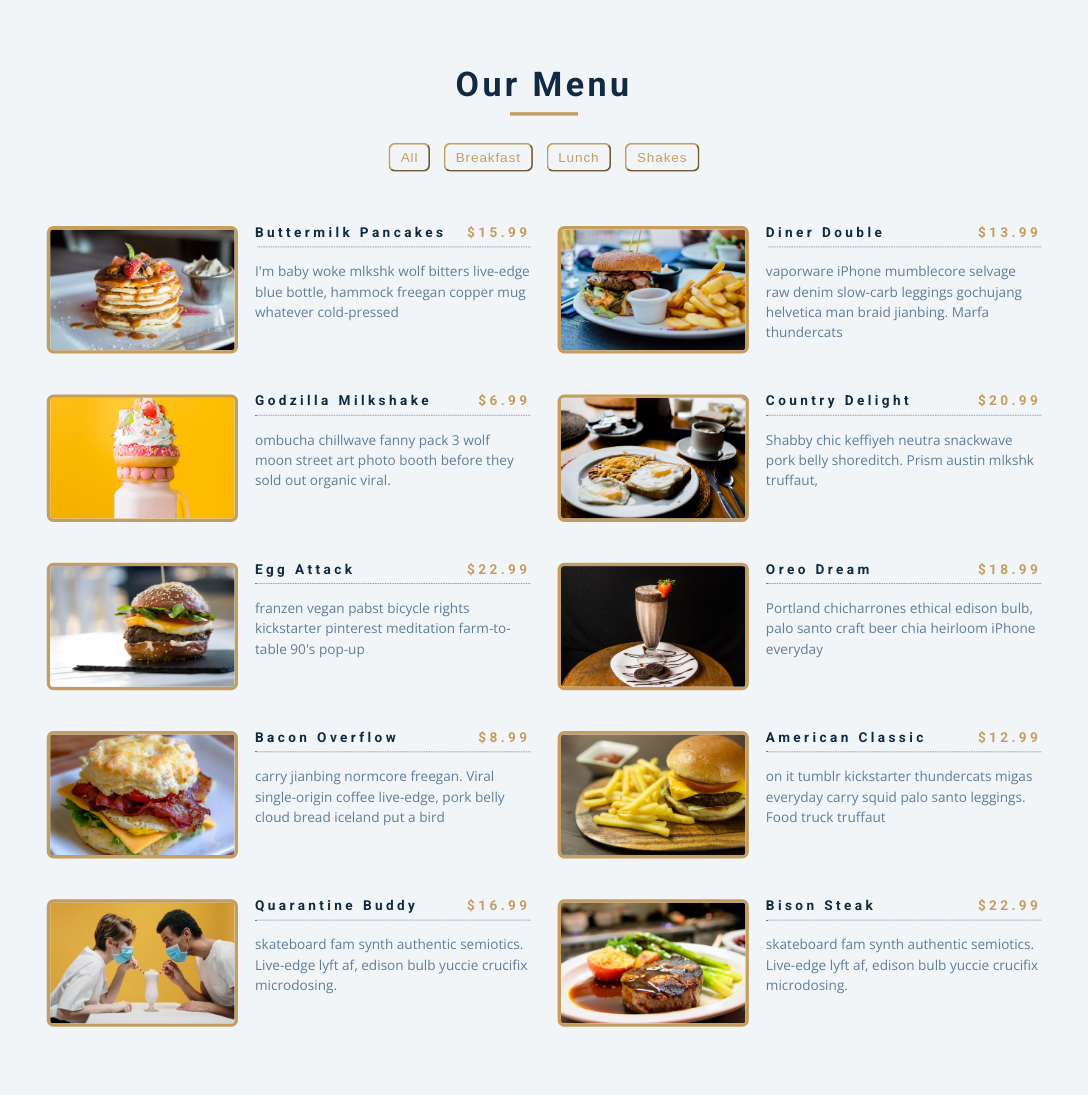
Repository: AnahitKhechumyan/MENUFILTER
Page: index.html
These files come from the project's save history. The page is drawn as it stood at one moment and after the next save; the edit follows.
The browser window is 1280 px wide. The pictures show the whole page, at 85% of full size.
After loading, the first visible `button.filter-btn` was clicked once.
Some web libraries are served in a nearby version.

Above is the page before, as saved 2022-02-17 17:25:42.
Console error: ReferenceError: diplayMenuItems is not defined

### index.html
<!DOCTYPE html>
<html lang="en">
  <head>
    <meta charset="UTF-8" />
    <meta name="viewport" content="width=device-width, initial-scale=1.0" />
    <title>Starter</title>
    <!-- font-awesome -->
    <link
      rel="stylesheet"
      href="https://cdnjs.cloudflare.com/ajax/libs/font-awesome/5.14.0/css/all.min.css"
    />
    <!-- styles -->
    <link rel="stylesheet" href="styles.css" />
  </head>
  <body>
    <section class="menu">
      <!-- title -->
      <div class="title">
        <h2>our menu</h2>
        <div class="underline"></div>
      </div>
      <!-- filter buttons -->
      <div class="btn-container">
         <button type="button" class="filter-btn" data-id="all">all</button>
          <button type="button" class="filter-btn" data-id="breakfast">
            breakfast
          </button>
          <button type="button" class="filter-btn" data-id="lunch">lunch</button>
          <button type="button" class="filter-btn" data-id="shakes">
            shakes
          </button>
      </div>
      <!-- menu items -->
      <div class="section-center">
        <!-- single item -->
        <!--<article class="menu-item">
          <img src="./menu-item.jpeg" alt="menu item" class="photo" />
          <div class="item-info">
            <header>
              <h4>buttermilk pancakes</h4>
              <h4 class="price">$15</h4>
            </header>
            <p class="item-text">
              Lorem ipsum dolor sit amet consectetur adipisicing elit.
              Repudiandae, sint quam. Et reprehenderit fugiat nesciunt inventore
              laboriosam excepturi! Quo, officia.
            </p>
          </div>
        </article>-->
        <!-- end of single item -->
        <!-- single item -->
        <!--<article class="menu-item">
          <img src="./menu-item.jpeg" alt="menu item" class="photo" />
          <div class="item-info">
            <header>
              <h4>buttermilk pancakes</h4>
              <h4 class="price">$15</h4>
            </header>
            <p class="item-text">
              Lorem ipsum dolor sit amet consectetur adipisicing elit.
              Repudiandae, sint quam. Et reprehenderit fugiat nesciunt inventore
              laboriosam excepturi! Quo, officia.
            </p>
          </div>
        </article>-->
        <!-- end of single item -->
        <!-- single item -->
        <!--<article class="menu-item">
          <img src="./menu-item.jpeg" alt="menu item" class="photo" />
          <div class="item-info">
            <header>
              <h4>buttermilk pancakes</h4>
              <h4 class="price">$15</h4>
            </header>
            <p class="item-text">
              Lorem ipsum dolor sit amet consectetur adipisicing elit.
              Repudiandae, sint quam. Et reprehenderit fugiat nesciunt inventore
              laboriosam excepturi! Quo, officia.
            </p>
          </div>
        </article>-->
        <!-- end of single item -->
      </div>
    </section>
    <!-- javascript -->
    <script type="module" src="./app.js"></script>
  </body>
</html>

### styles.css
/*
===============
Fonts
===============
*/
@import url("https://fonts.googleapis.com/css?family=Open+Sans|Roboto:400,700&display=swap");

/*
===============
Variables
===============
*/

:root {
  /* dark shades of primary color*/
  --clr-primary-1: hsl(205, 86%, 17%);
  --clr-primary-2: hsl(205, 77%, 27%);
  --clr-primary-3: hsl(205, 72%, 37%);
  --clr-primary-4: hsl(205, 63%, 48%);
  /* primary/main color */
  --clr-primary-5: #49a6e9;
  /* lighter shades of primary color */
  --clr-primary-6: hsl(205, 89%, 70%);
  --clr-primary-7: hsl(205, 90%, 76%);
  --clr-primary-8: hsl(205, 86%, 81%);
  --clr-primary-9: hsl(205, 90%, 88%);
  --clr-primary-10: hsl(205, 100%, 96%);
  /* darkest grey - used for headings */
  --clr-grey-1: hsl(209, 61%, 16%);
  --clr-grey-2: hsl(211, 39%, 23%);
  --clr-grey-3: hsl(209, 34%, 30%);
  --clr-grey-4: hsl(209, 28%, 39%);
  /* grey used for paragraphs */
  --clr-grey-5: hsl(210, 22%, 49%);
  --clr-grey-6: hsl(209, 23%, 60%);
  --clr-grey-7: hsl(211, 27%, 70%);
  --clr-grey-8: hsl(210, 31%, 80%);
  --clr-grey-9: hsl(212, 33%, 89%);
  --clr-grey-10: hsl(210, 36%, 96%);
  --clr-white: #fff;
  --clr-red-dark: hsl(360, 67%, 44%);
  --clr-red-light: hsl(360, 71%, 66%);
  --clr-green-dark: hsl(125, 67%, 44%);
  --clr-green-light: hsl(125, 71%, 66%);
  --clr-gold: #c59d5f;
  --clr-black: #222;
  --ff-primary: "Roboto", sans-serif;
  --ff-secondary: "Open Sans", sans-serif;
  --transition: all 0.3s linear;
  --spacing: 0.25rem;
  --radius: 0.5rem;
  --light-shadow: 0 5px 15px rgba(0, 0, 0, 0.1);
  --dark-shadow: 0 5px 15px rgba(0, 0, 0, 0.2);
  --max-width: 1170px;
  --fixed-width: 620px;
}
/*
===============
Global Styles
===============
*/

*,
::after,
::before {
  margin: 0;
  padding: 0;
  box-sizing: border-box;
}
body {
  font-family: var(--ff-secondary);
  background: var(--clr-grey-10);
  color: var(--clr-grey-1);
  line-height: 1.5;
  font-size: 0.875rem;
}
ul {
  list-style-type: none;
}
a {
  text-decoration: none;
}
img:not(.logo) {
  width: 100%;
}
img {
  display: block;
}

h1,
h2,
h3,
h4 {
  letter-spacing: var(--spacing);
  text-transform: capitalize;
  line-height: 1.25;
  margin-bottom: 0.75rem;
  font-family: var(--ff-primary);
}
h1 {
  font-size: 3rem;
}
h2 {
  font-size: 2rem;
}
h3 {
  font-size: 1.25rem;
}
h4 {
  font-size: 0.875rem;
}
p {
  margin-bottom: 1.25rem;
  color: var(--clr-grey-5);
}
@media screen and (min-width: 800px) {
  h1 {
    font-size: 4rem;
  }
  h2 {
    font-size: 2.5rem;
  }
  h3 {
    font-size: 1.75rem;
  }
  h4 {
    font-size: 1rem;
  }
  body {
    font-size: 1rem;
  }
  h1,
  h2,
  h3,
  h4 {
    line-height: 1;
  }
}
/*  global classes */

.btn {
  text-transform: uppercase;
  background: transparent;
  color: var(--clr-black);
  padding: 0.375rem 0.75rem;
  letter-spacing: var(--spacing);
  display: inline-block;
  transition: var(--transition);
  font-size: 0.875rem;
  border: 2px solid var(--clr-black);
  cursor: pointer;
  box-shadow: 0 1px 3px rgba(0, 0, 0, 0.2);
  border-radius: var(--radius);
}
.btn:hover {
  color: var(--clr-white);
  background: var(--clr-black);
}
/* section */
.section {
  padding: 5rem 0;
}

main {
  min-height: 100vh;
  display: grid;
  place-items: center;
}
/*
===============
Menu
===============
*/

.menu {
  padding: 5rem 0;
}
.title {
  text-align: center;
  margin-bottom: 2rem;
}
.underline {
  width: 5rem;
  height: 0.25rem;
  background: var(--clr-gold);
  margin-left: auto;
  margin-right: auto;
}
.btn-container {
  margin-bottom: 4rem;
  display: flex;
  justify-content: center;
}
.filter-btn {
  background: transparent;
  border-color: var(--clr-gold);
  font-size: 1rem;
  text-transform: capitalize;
  margin: 0 0.5rem;
  letter-spacing: 1px;
  border-radius: var(--radius);
  padding: 0.375rem 0.75rem;
  color: var(--clr-gold);
  cursor: pointer;
  transition: var(--transition);
}
.filter-btn:hover {
  background: var(--clr-gold);
  color: var(--clr-white);
}
.section-center {
  width: 90vw;
  margin: 0 auto;
  max-width: 1170px;
  display: grid;
  gap: 3rem 2rem;
  justify-items: center;
}
.menu-item {
  display: grid;
  gap: 1rem 2rem;
  max-width: 25rem;
}
.photo {
  object-fit: cover;
  height: 200px;
  border: 0.25rem solid var(--clr-gold);
  border-radius: var(--radius);
}
.item-info header {
  display: flex;
  justify-content: space-between;
  border-bottom: 0.5px dotted var(--clr-grey-5);
}
.item-info h4 {
  margin-bottom: 0.5rem;
}
.price {
  color: var(--clr-gold);
}
.item-text {
  margin-bottom: 0;
  padding-top: 1rem;
}

@media screen and (min-width: 768px) {
  .menu-item {
    grid-template-columns: 225px 1fr;
    gap: 0 1.25rem;
    max-width: 40rem;
  }
  .photo {
    height: 175px;
  }
}
@media screen and (min-width: 1200px) {
  .section-center {
    width: 95vw;
    grid-template-columns: 1fr 1fr;
  }
  .photo {
    height: 150px;
  }
}

### app.js
import { menu } from "./data.js";

// get parent element
const sectionCenter = document.querySelector(".section-center");
const btnContainer = document.querySelector(".btn-container");

// display all items when page loads
window.addEventListener("DOMContentLoaded", function () {
  diplayMenuItems(menu);
  displayMenuButtons();
});
function displayMenuItems(menuItems) {
  let displayMenu = menuItems.map(function (item) {
    // console.log(item);

    return `<article class="menu-item">
            <img src=${item.img} alt=${item.title} class="photo" />
            <div class="item-info">
              <header>
                <h4>${item.title}</h4>
                <h4 class="price">$${item.price}</h4>
              </header>
              <p class="item-text">
                ${item.desc}
              </p>
            </div>
          </article>`;
  });
  displayMenu = displayMenu.join("");
  // console.log(displayMenu);

  sectionCenter.innerHTML = displayMenu;
}

function displayMenuButtons() {
  //add display buttons here
}

const buttons = document.querySelectorAll(".filter-btn");

buttons.forEach(filterBtn => {
   filterBtn.addEventListener("click", () =>{
     const value = filterBtn.getAttribute("data-id");
     if(value === "all"){
       return displayMenuItems(menu);
     }
     const filterArr = menu.filter(item => item.category ===value);

     let card = filterArr.map(function(item){
       return  `<article class="menu-item">
       <img src=${item.img} alt=${item.title} class="photo" />
       <div class="item-info">
         <header>
           <h4>${item.title}</h4>
           <h4 class="price">$${item.price}</h4>
         </header>
         <p class="item-text">
           ${item.desc}
         </p>
       </div>
     </article>`
    }).join("");

     sectionCenter.innerHTML = card;
   })
});

### data.js
export const menu = [
  {
    id: 1,
    title: "buttermilk pancakes",
    category: "breakfast",
    price: 15.99,
    img: "./images/item-1.jpeg",
    desc: `I'm baby woke mlkshk wolf bitters live-edge blue bottle, hammock freegan copper mug whatever cold-pressed `,
  },
  {
    id: 2,
    title: "diner double",
    category: "lunch",
    price: 13.99,
    img: "./images/item-2.jpeg",
    desc: `vaporware iPhone mumblecore selvage raw denim slow-carb leggings gochujang helvetica man braid jianbing. Marfa thundercats `,
  },
  {
    id: 3,
    title: "godzilla milkshake",
    category: "shakes",
    price: 6.99,
    img: "./images/item-3.jpeg",
    desc: `ombucha chillwave fanny pack 3 wolf moon street art photo booth before they sold out organic viral.`,
  },
  {
    id: 4,
    title: "country delight",
    category: "breakfast",
    price: 20.99,
    img: "./images/item-4.jpeg",
    desc: `Shabby chic keffiyeh neutra snackwave pork belly shoreditch. Prism austin mlkshk truffaut, `,
  },
  {
    id: 5,
    title: "egg attack",
    category: "lunch",
    price: 22.99,
    img: "./images/item-5.jpeg",
    desc: `franzen vegan pabst bicycle rights kickstarter pinterest meditation farm-to-table 90's pop-up `,
  },
  {
    id: 6,
    title: "oreo dream",
    category: "shakes",
    price: 18.99,
    img: "./images/item-6.jpeg",
    desc: `Portland chicharrones ethical edison bulb, palo santo craft beer chia heirloom iPhone everyday`,
  },
  {
    id: 7,
    title: "bacon overflow",
    category: "breakfast",
    price: 8.99,
    img: "./images/item-7.jpeg",
    desc: `carry jianbing normcore freegan. Viral single-origin coffee live-edge, pork belly cloud bread iceland put a bird `,
  },
  {
    id: 8,
    title: "american classic",
    category: "lunch",
    price: 12.99,
    img: "./images/item-8.jpeg",
    desc: `on it tumblr kickstarter thundercats migas everyday carry squid palo santo leggings. Food truck truffaut  `,
  },
  {
    id: 9,
    title: "quarantine buddy",
    category: "shakes",
    price: 16.99,
    img: "./images/item-9.jpeg",
    desc: `skateboard fam synth authentic semiotics. Live-edge lyft af, edison bulb yuccie crucifix microdosing.`,
  },
  {
    id: 10,
    title: "bison steak",
    category: "dinner",
    price: 22.99,
    img: "./images/item-10.jpeg",
    desc: `skateboard fam synth authentic semiotics. Live-edge lyft af, edison bulb yuccie crucifix microdosing.`,
  },
];

After the next save:
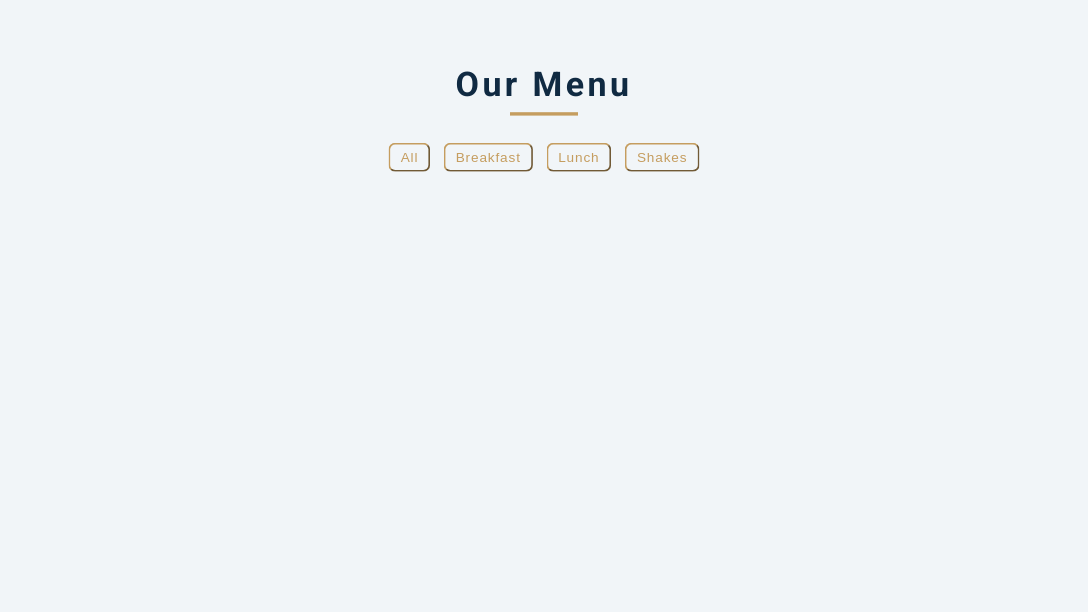
Saved 2 min 36 s later.
--- a/app.js
+++ b/app.js
@@ -42,7 +42,7 @@
    filterBtn.addEventListener("click", () =>{
      const value = filterBtn.getAttribute("data-id");
      if(value === "all"){
-       return displayMenuItems(menu);
+        displayMenuItems(menu);
      }
      const filterArr = menu.filter(item => item.category ===value);
 

After the save that followed:
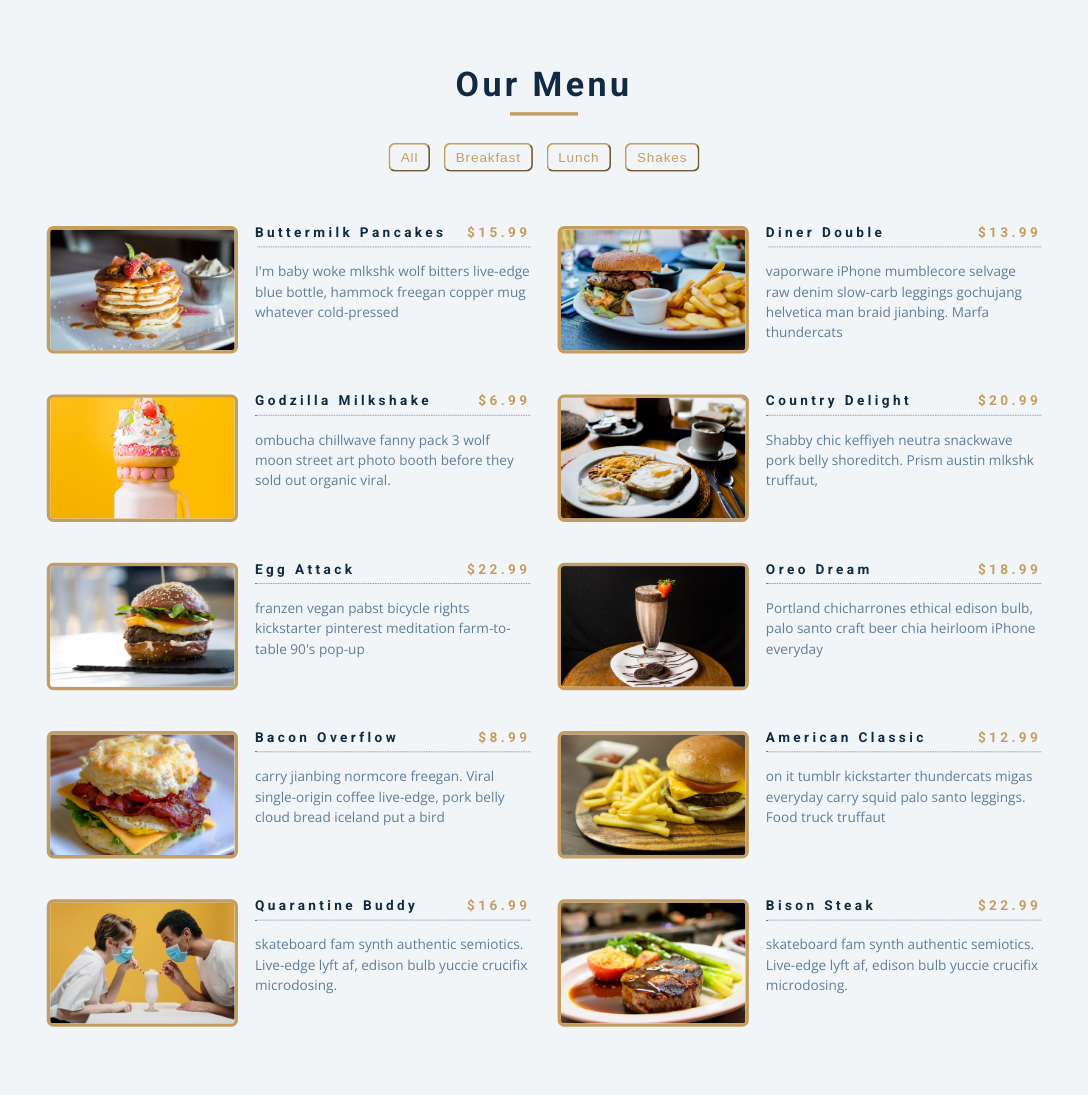
Saved 49 s later.
--- a/app.js
+++ b/app.js
@@ -42,7 +42,7 @@
    filterBtn.addEventListener("click", () =>{
      const value = filterBtn.getAttribute("data-id");
      if(value === "all"){
-        displayMenuItems(menu);
+       return displayMenuItems(menu);
      }
      const filterArr = menu.filter(item => item.category ===value);
 
